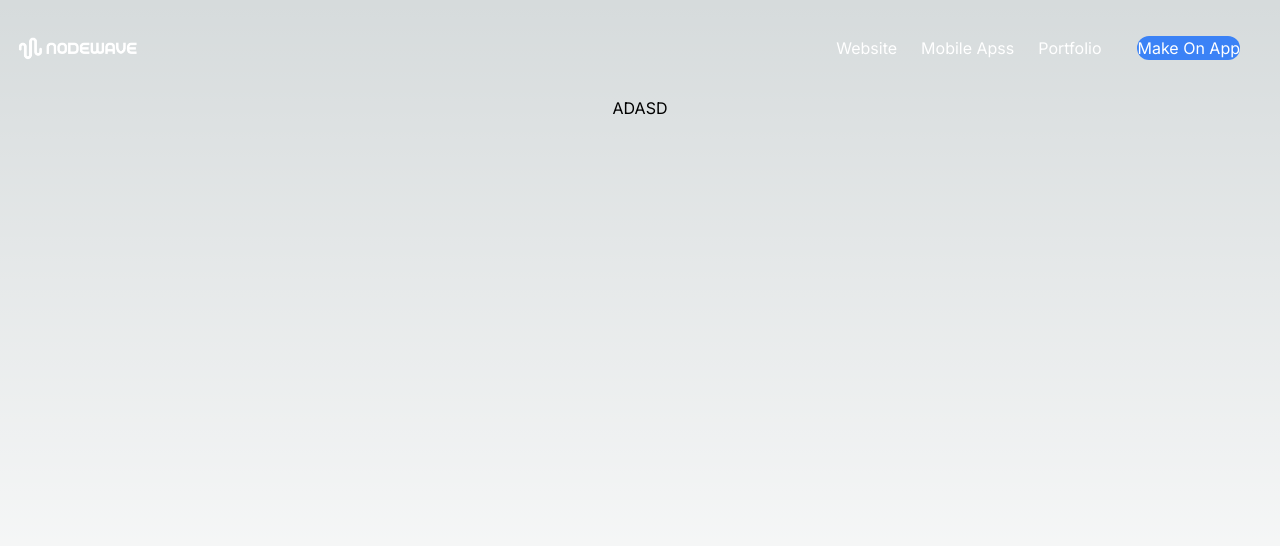
Repository: farrelmuhammad/nodewave
Page: /
The author's editor kept a copy of each file at every save. The page is drawn from the files as they stood at one save, then again after the next save.
The browser window is 1280 px wide. The pictures show the whole page.
The project was rebuilt for these pictures with package versions that can differ from the ones it lists, and the page was loaded fresh each time. The framework's server and built-in components were replaced by stand-ins that run in the browser. Also part of the build but not shown: next.config.js.

Above is the page before, as saved 2023-09-08 12:40:02.

After the next save:
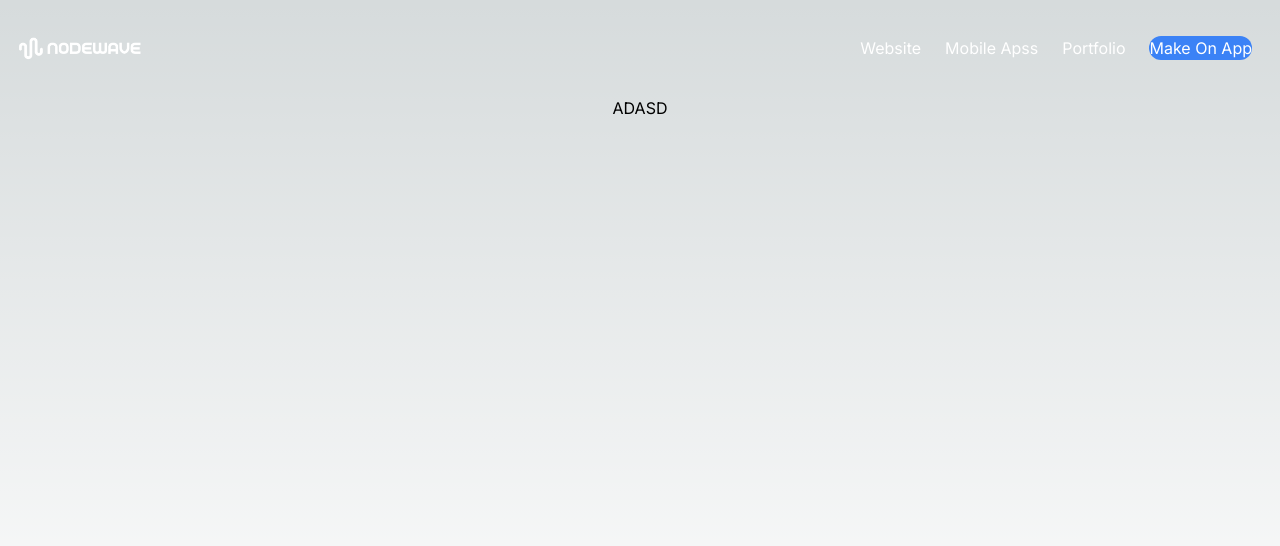
Saved 11 s later.
--- a/src/components/Navbar.jsx
+++ b/src/components/Navbar.jsx
@@ -34,7 +34,7 @@
                 </a>
               </li>
               <li class="mx-3 py-6 md:py-0">
-                <button class="mx-3 py-6 md:py-0 bg-blue-500 rounded-full">
+                <button class="py-10 md:py-0 bg-blue-500 rounded-full">
                   <a
                     href="#"
                     class="text-black md:text-white hover:underline whitespace-nowrap overflow-ellipsis"
